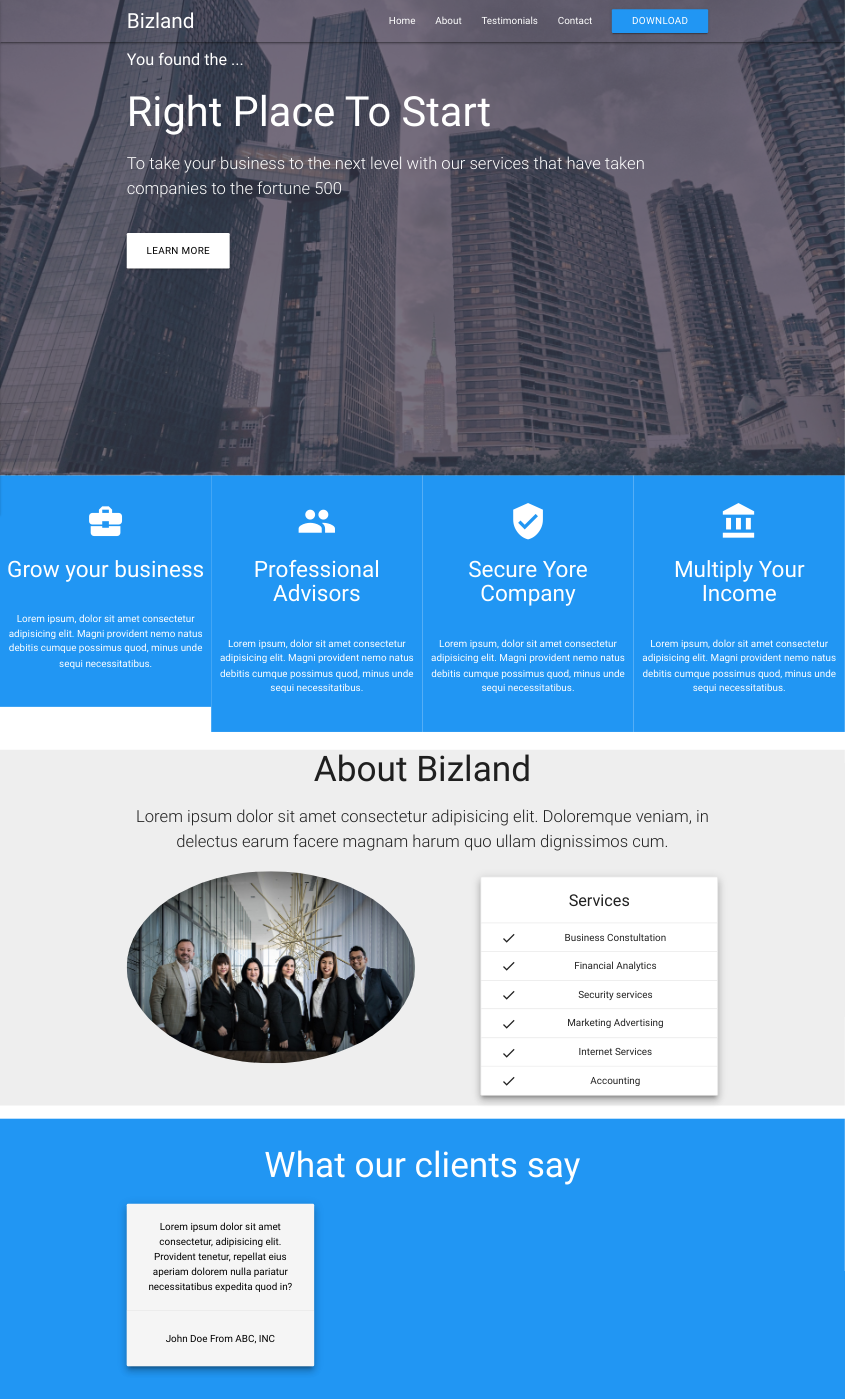
Repository: farrdy/bizland
Page: index.html
An editor plug-in stored every save of this project. The page is shown before and after the next save, followed by the edit.
The browser window is 1280 px wide. The pictures show the whole page, at 66% of full size.
Some web libraries are served in a nearby version.

Above is the page before, as saved 2020-01-05 13:55:47.

After the next save:
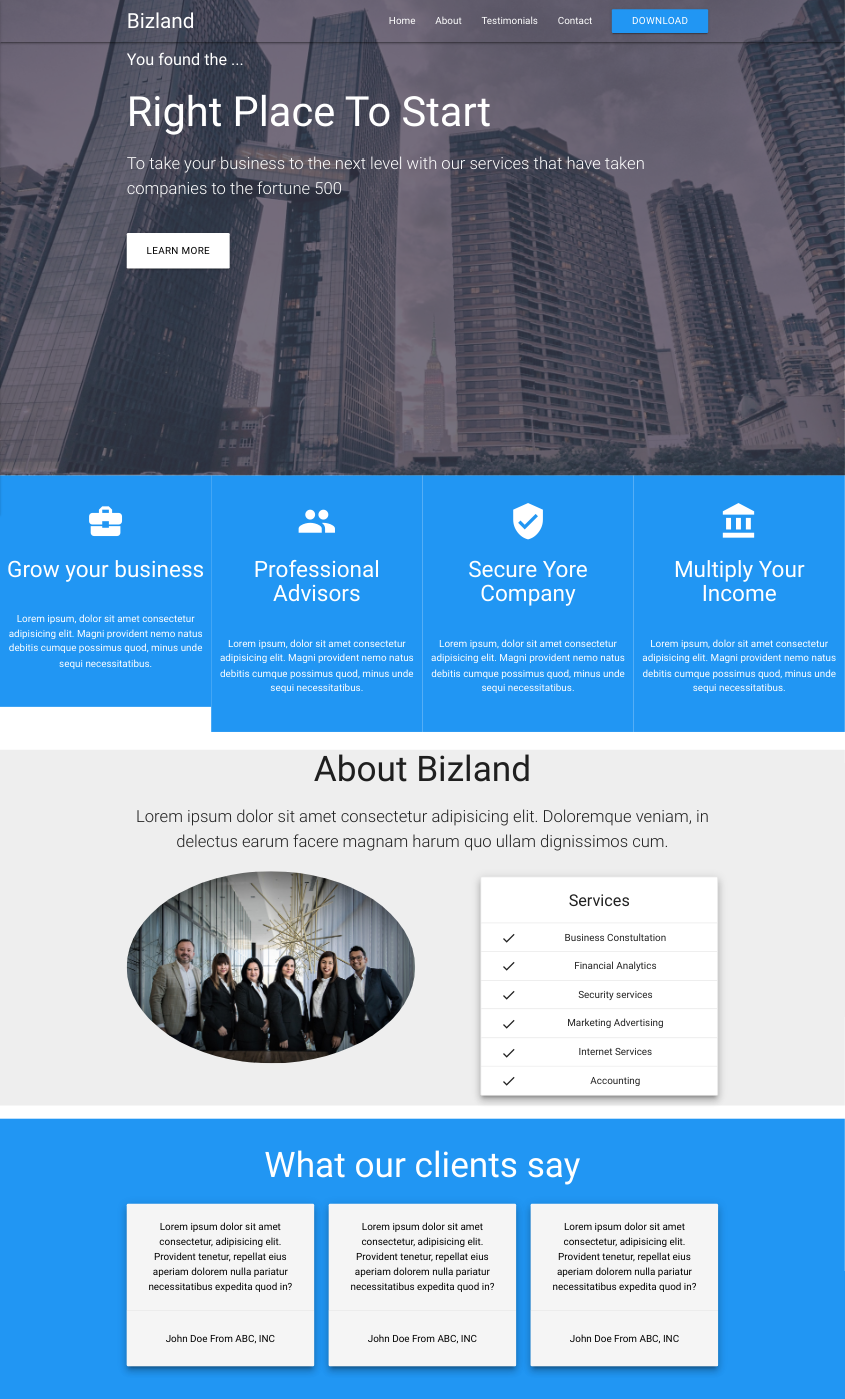
Saved 9 min 59 s later.
--- a/index.html
+++ b/index.html
@@ -201,6 +201,34 @@
               </div>
             </div>
           </div>
+          <div class="col s12 m4">
+            <div class="card grey lighten-4 black-text z-depth-4">
+              <div class="card-content">
+                <p>
+                  Lorem ipsum dolor sit amet consectetur, adipisicing elit.
+                  Provident tenetur, repellat eius aperiam dolorem nulla
+                  pariatur necessitatibus expedita quod in?
+                </p>
+              </div>
+              <div class="card-action">
+                <p>John Doe From ABC, INC</p>
+              </div>
+            </div>
+          </div>
+          <div class="col s12 m4">
+            <div class="card grey lighten-4 black-text z-depth-4">
+              <div class="card-content">
+                <p>
+                  Lorem ipsum dolor sit amet consectetur, adipisicing elit.
+                  Provident tenetur, repellat eius aperiam dolorem nulla
+                  pariatur necessitatibus expedita quod in?
+                </p>
+              </div>
+              <div class="card-action">
+                <p>John Doe From ABC, INC</p>
+              </div>
+            </div>
+          </div>
         </div>
       </div>
     </section>
